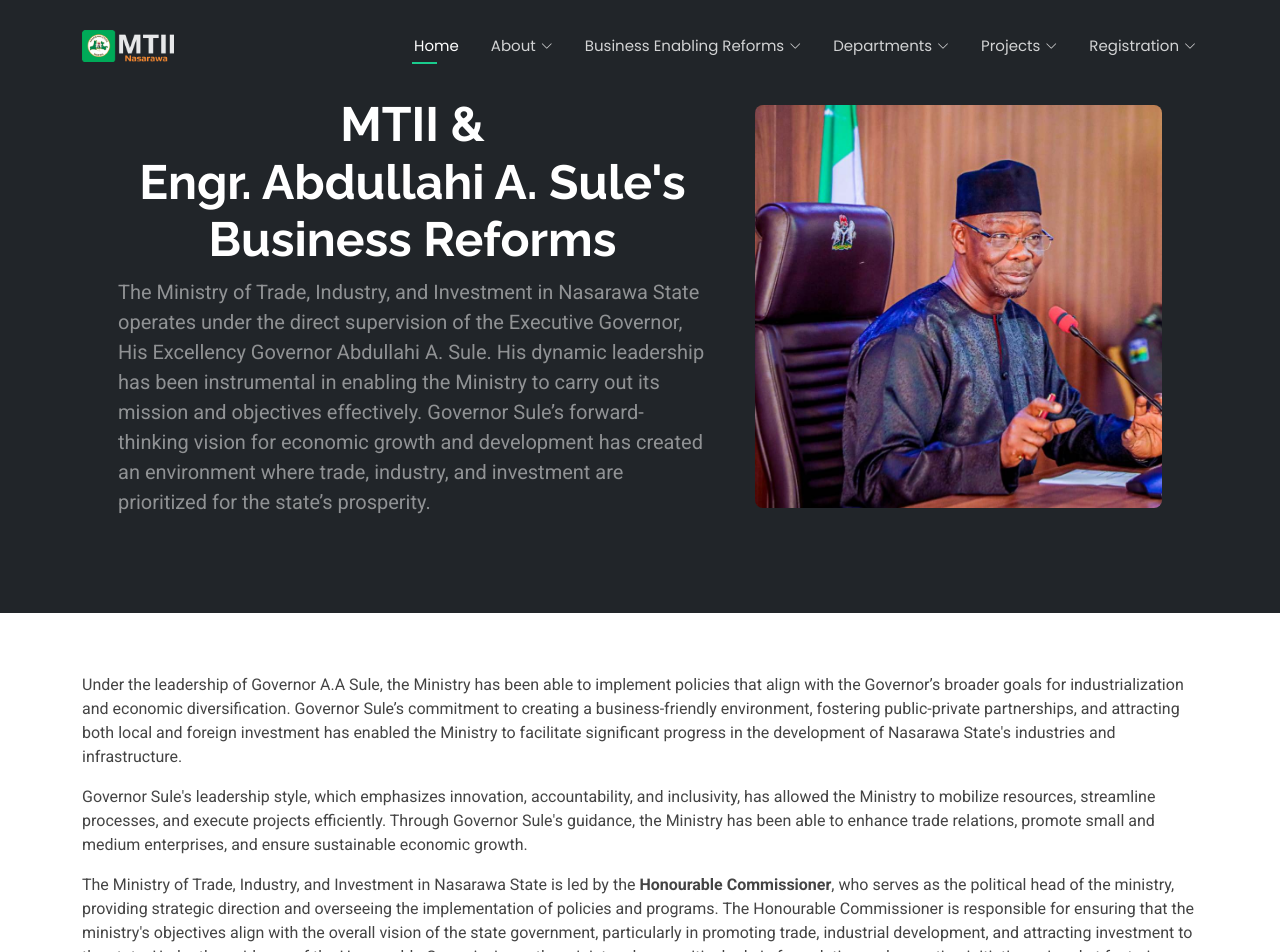
Repository: GlorifiedIntel/wamba-lgc
Page: leadership.html
These files come from the project's save history. The page is drawn as it stood at one moment and after the next save; the edit follows.
The browser window is 1280 px wide. The pictures show the part of the page from y = 0 to 952 px (the page is 2133 px tall).
A picture or video elsewhere on the page could not be fetched, so the positions and the page height are approximate.

Above is the page before, as saved 2025-02-06 03:47:04.
Console error: TypeError: Cannot read properties of null (reading 'click')

After the next save:
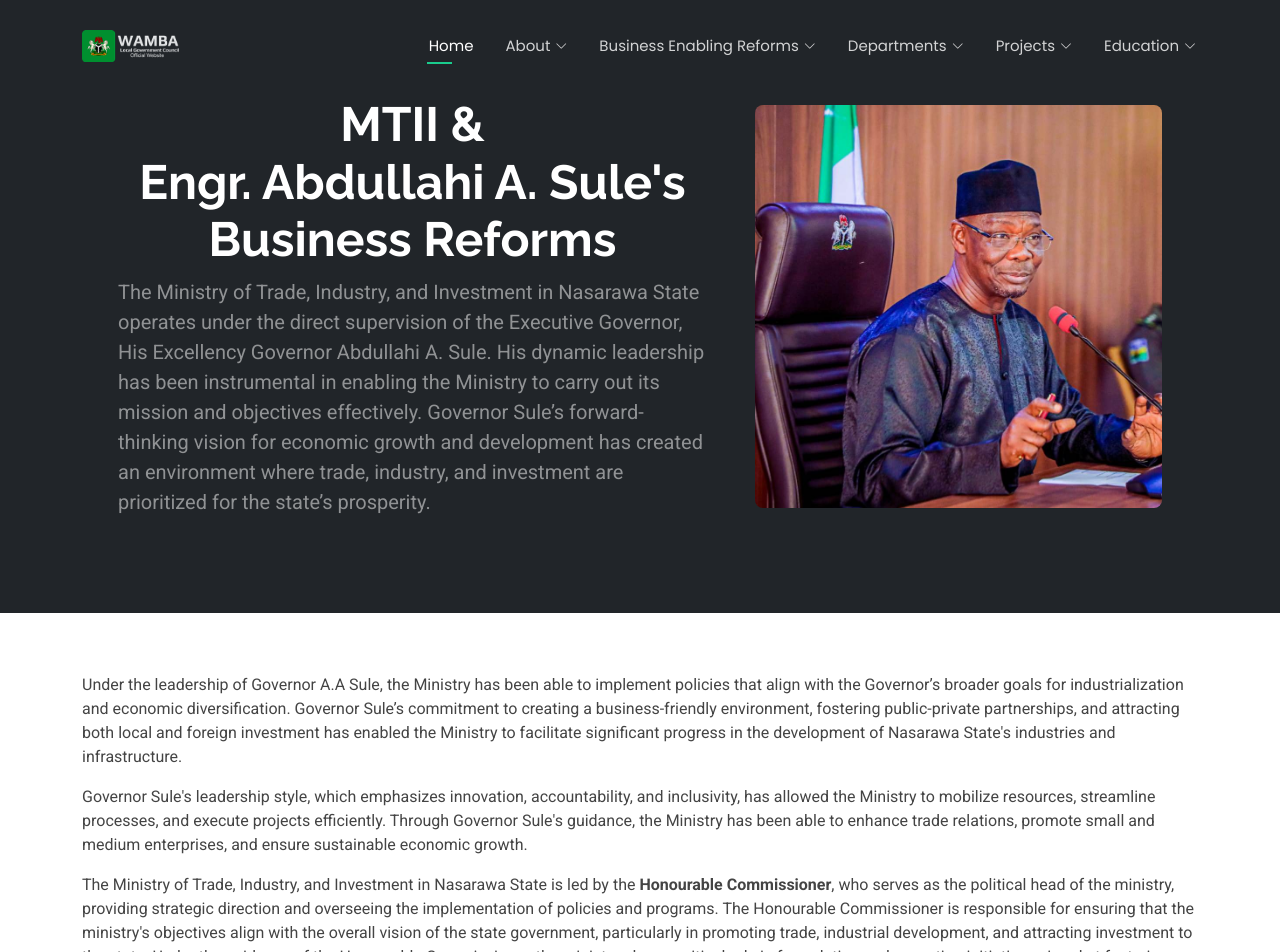
Saved 30 s later.
--- a/leadership.html
+++ b/leadership.html
@@ -8,9 +8,9 @@
   <meta name="format-detection" content="telephone=no">
   <meta name="apple-mobile-web-app-capable" content="yes">
   <meta name="author" content="Kevin Cross Minchakpu">
-  <meta name="keywords" content="MTII, Nasarawa, Industry, Trade, Investment, Entrepreneur">
-  <meta name="description" content="The Nasarawa State Ministry of Trade, Industry, and Investment promotes economic growth through trade, industrialization, and investment. It supports local industries, attracts investments, and fosters innovation to boost competitiveness and diversify the economy.">
-
+  <meta name="keywords" content="Wamba, Nasarawa, Industry, Trade, Investment, Entrepreneur">
+  <meta name="description" content="Wamba Local Government Council is one of the administrative divisions within Nasarawa State, Nigeria. It is located in the northern part of the state and is predominantly inhabited by diverse ethnic groups, including Rindre, and other indigenous communities.Wamba Local Government Council is one of the administrative divisions within Nasarawa State, Nigeria. It is located in the northern part of the state and is predominantly inhabited by diverse ethnic groups, including Rindre, and other indigenous communities.">
+  <title>Wamba Local Government Council</title>
   <!-- Favicons -->
   <link href="assets/img/favicon.png" rel="icon">
   <link href="assets/img/apple-touch-icon.png" rel="apple-touch-icon">
@@ -35,18 +35,19 @@
   <header id="header" class="header d-flex align-items-center fixed-top bg-dark">
     <div class="container-fluid container-xl position-relative d-flex align-items-center justify-content-between">
       <a href="index.html" class="logo d-flex align-items-center">
-        <img src="assets/img/logo.png" alt="" >
+        <img src="assets/img/wamba-logo-2.png" alt="Logo" >
       </a>
       <nav id="navmenu" class="navmenu">
         <ul>
           <li><a href="index.html" class="active">Home</a></li>
           <li class="dropdown"><a href="about-mtii.html"><span>About</span> <i class="bi bi-chevron-down toggle-dropdown"></i></a>
             <ul>
-              <li><a href="about-mtii.html">Nasarawa MTII</a></li>
-                  <li><a href="mtii-history.html">MTII History</a></li>
-                  <li><a href="the-commissioner.html" >The Commissioner</a></li>
-                  <li><a href="the-secretary.html" >The Permanent Secretary</a></li>
-                  <li><a href="directors.html" >Our Directors</a></li>
+              <li><a href="about-wamba.html">Wamba LGC</a></li>
+                  <li><a href="wamba-history.html">Wamba History</a></li>
+                  <li><a href="the-chairman.html" >The Executive Chairman</a></li>
+                  <li><a href="the-deputy.html" >The Deputy Chairman</a></li>
+                  <li><a href="the-secretary.html" >The Secretary</a></li>
+                  <li><a href="directors.html" >Our Legislators</a></li>
                   <li><a href="contact-us.html" >Our Contact</a></li>
             </ul>
           </li>
@@ -58,18 +59,19 @@
                   <li><a href="application-guidelines.html" >Application Guidelines</a></li>
                   <li><a href="legal-framework.html" >Legal Framework</a></li>
                   <li><a href="investment-opportunities.html" >Investment Opportunities</a></li>
-            </ul>
+              </ul>
           </li>
 
           <li class="dropdown"><a href="departments.html"><span>Departments</span> <i class="bi bi-chevron-down toggle-dropdown"></i></a>
             <ul>
-              <li><a href="admin.html">Administration & Supply</a></li>
-              <li><a href="cooperative.html">Cooperative & Thrift</a></li>
-              <li><a href="finance.html">Finance & Account</a></li>
-              <li><a href="investment.html">Industry & Investment</a></li>
-              <li><a href="planning.html">Planning/Research/Statistics</a></li>
-              <li><a href="trade.html">Trade</a></li>
-            </ul>
+              <li><a href="admin.html">Administration</a></li>
+              <li><a href="agriculture.html">Agriculture and Natural Resources</a></li>
+              <li><a href="education.html">Education</a></li>
+              <li><a href="environment.html">Environmental Services</a></li>
+              <li><a href="finance.html">Finance and Accounts</a></li>
+              <li><a href="health.html">Health</a></li>
+              <li><a href="all-departments.html">More Departments</a></li>
+             </ul>
           </li>
 
           <li class="dropdown"><a href="projects.html"><span>Projects</span> <i class="bi bi-chevron-down toggle-dropdown"></i></a>
@@ -80,19 +82,18 @@
             </ul>
           </li>
 
-          <li class="dropdown"><a href="registration.html"><span>Registration</span> <i class="bi bi-chevron-down toggle-dropdown"></i></a>
-            <ul>
-              <li><a href="howtoregister.html">How To Register</a></li>
-                  <li><a href="online-registration.html">Online Registration</a></li>
-                  <li><a href="businame-name.html" >Business Name Registration</a></li>
-                  <li><a href="business-premises.html" >Business Premises Registration</a></li>
+          <li class="dropdown"><a href="registration.html"><span>Education</span> <i class="bi bi-chevron-down toggle-dropdown"></i></a>
+            <ul>
+              <li><a href="ubec.html">UBEC</a></li>
+                  <li><a href="secondary-schools.html">Secondary Schools</a></li>
+                  <li><a href="private-schools.html" >Private Schools</a></li>
+                  <li><a href="relevant-tech.html" >Relevant Technology</a></li>
                   <li><a href="faqs.html" >FAQs</a></li>
             </ul>
           </li>
         </ul>
         <i class="mobile-nav-toggle d-xl-none bi bi-list"></i>
       </nav>
-
     </div>
   </header>
 
@@ -110,6 +111,7 @@
           </div>
       </div>
   </header>
+
   <section id="starter-section" class="starter-section section">
     <!-- Section Title -->
     <div class="container section-title" data-aos="fade-up">
